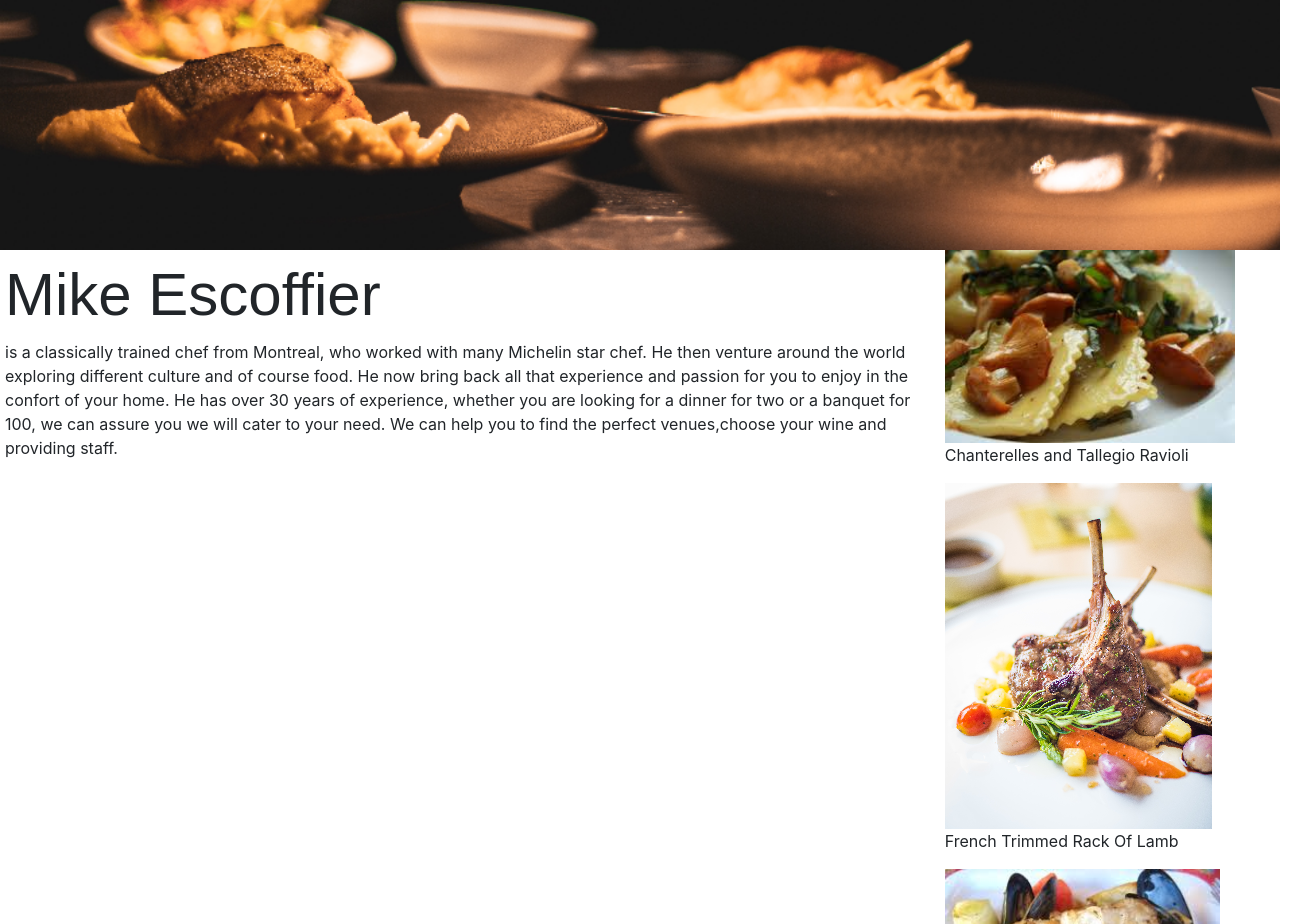
Repository: Mrsebastino/First-Milestone
Page: index.html
The author's editor kept a record of every edit. The page is drawn from the files as they stood at one moment, then again after the next edit.
The browser window is 1280 px wide. The page is 1315 px wide, so the pictures cover 1315 px, including what lies to the right of the window. The pictures show the part of the page from y = 470 to 1394 px (the page is 4752 px tall before and 4762 px after).
Backgrounds fixed to the window are drawn as part of the page. Some web fonts or font styles are not loaded; a fallback is used. Some web libraries are served in a nearby version.

Above is the page before.

After the next edit:
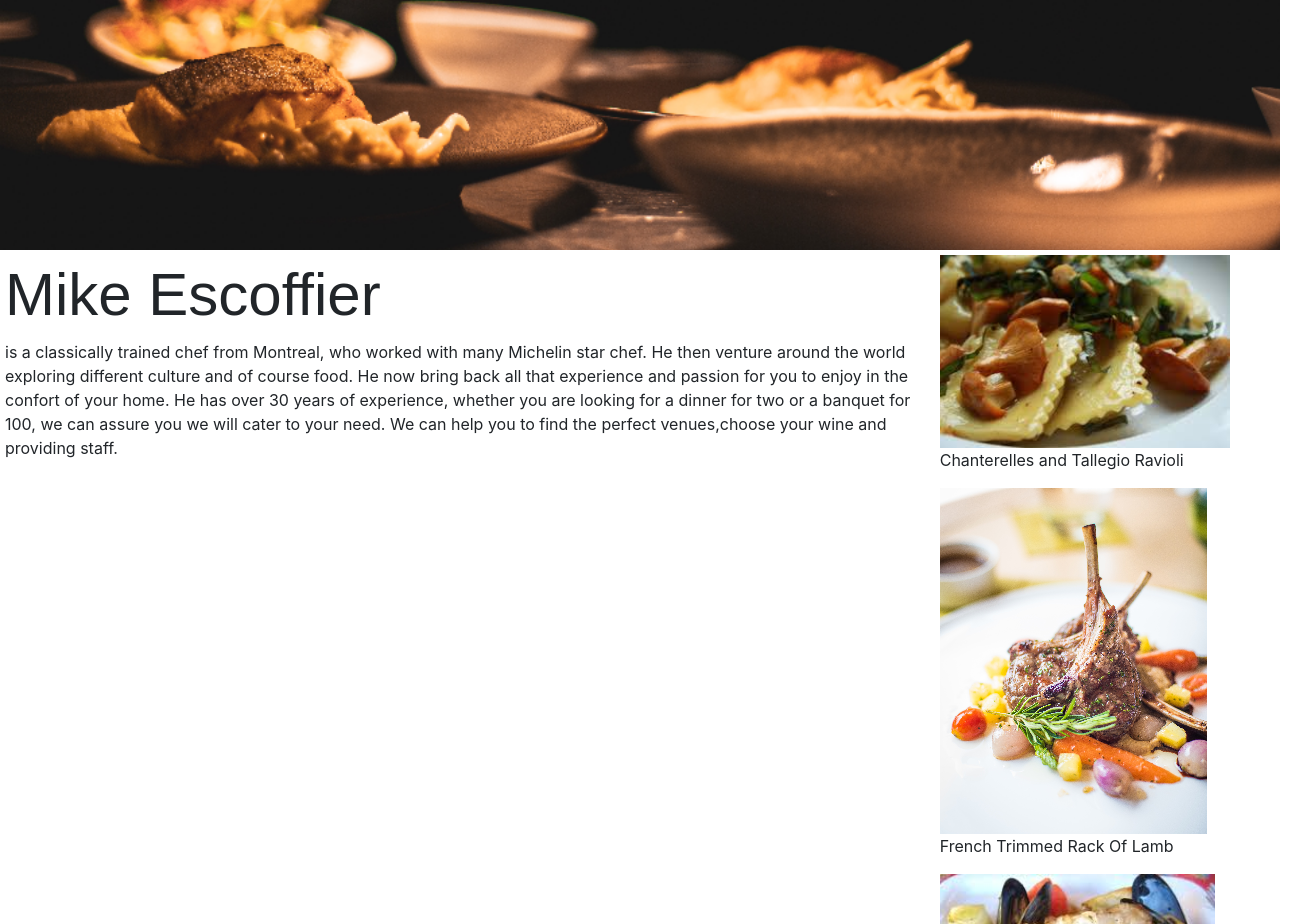
The edit:
--- a/assets/css/style.css
+++ b/assets/css/style.css
@@ -183,7 +183,7 @@
 }
 
 
-.col-photo {
+#about-photo {
     flex: 25%;
     padding: 5px;
 }
